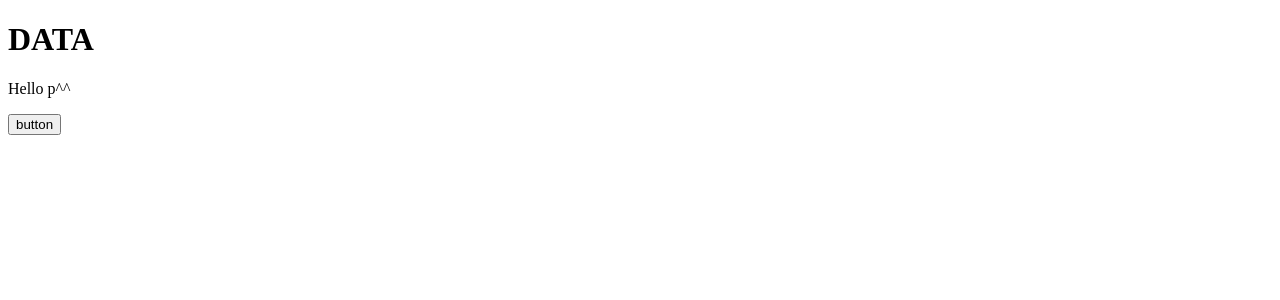
Repository: HeesuJeong/Web
Page: work_frontend/WebDay02/WebContent/domapi.html
The author's editor kept a copy of each file at every save. The page is drawn from the files as they stood at one save, then again after the next save.
The browser window is 1280 px wide. The pictures show the whole page.

Above is the page before, as saved 2019-09-19 10:08:30.

After the next save:
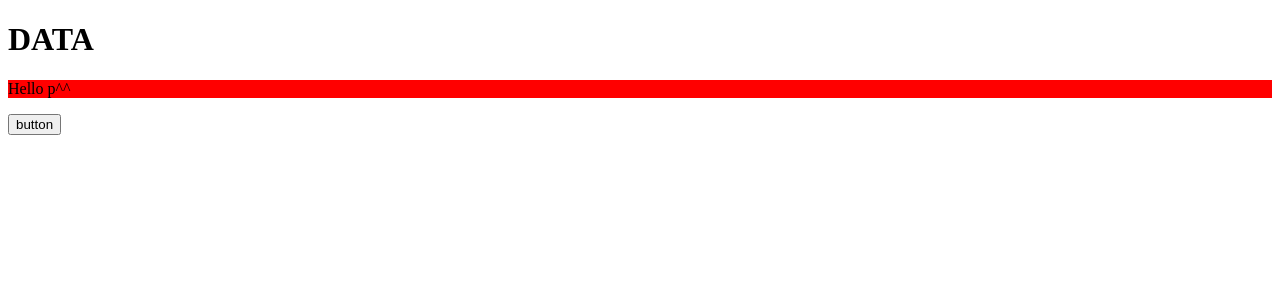
Saved 84 s later.
--- a/work_frontend/WebDay02/WebContent/domapi.html
+++ b/work_frontend/WebDay02/WebContent/domapi.html
@@ -9,6 +9,8 @@
 		function firstfunction() {
 			console.log(p.innerHTML);
 			p.innerHTML="Hello p^^";
+			//스타일 줄 수 있다
+			p.setAttribute("style","background: #F00");
 		}
 		firstfunction(); //함수 안에서 또 다시 호출이 필요하다!!!!!!!!!
 

After the save that followed:
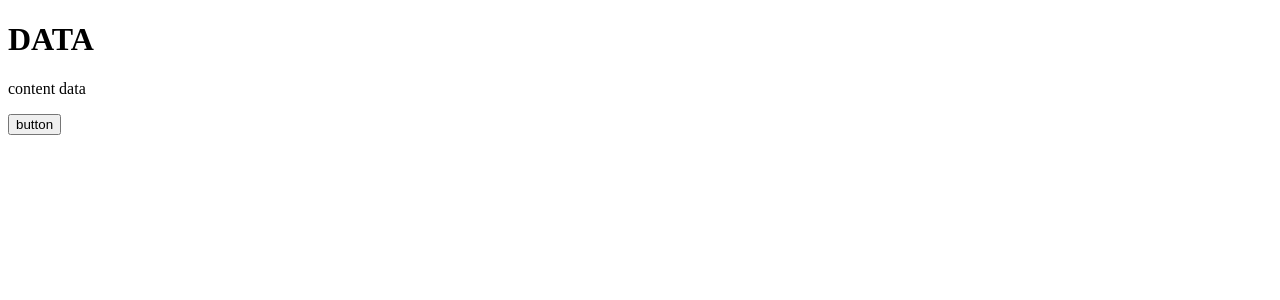
Console error (its wording comes from the project's code and is left out).
Saved 97 s later.
--- a/work_frontend/WebDay02/WebContent/domapi.html
+++ b/work_frontend/WebDay02/WebContent/domapi.html
@@ -6,6 +6,12 @@
 <script type="text/javascript">
 	window.onload = function() {
 		var p = document.getElementById("data");
+
+		//버튼 눌렀을 때 효과 주고 싶다
+		var button=document.querySelector("<button>");
+		console.log(button);
+
+
 		function firstfunction() {
 			console.log(p.innerHTML);
 			p.innerHTML="Hello p^^";
